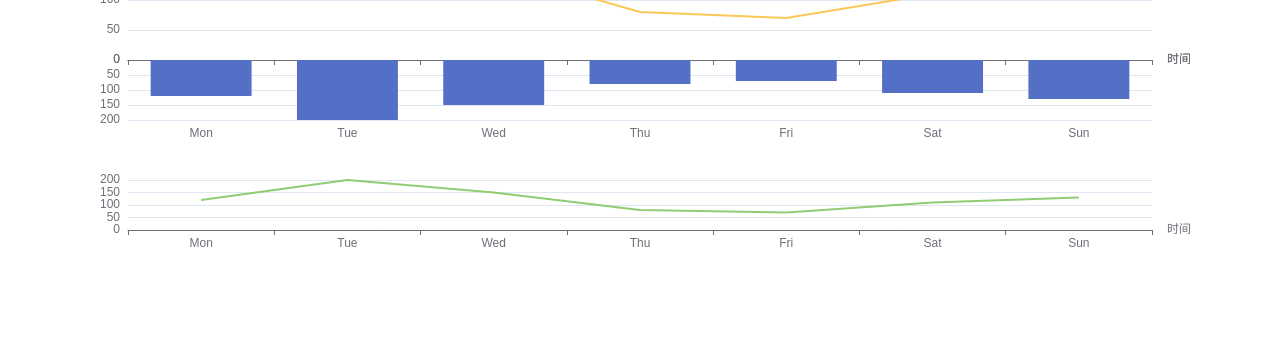
Repository: LeP-Ton/curve
Page: /
An editor plug-in stored every save of this project. The page is shown before and after the next save, followed by the edit.
The browser window is 1280 px wide. The pictures show the whole page.
The project was rebuilt for these pictures with package versions that can differ from the ones it lists, and the page was loaded fresh each time.

Above is the page before, as saved 2022-08-18 20:15:50.

After the next save:
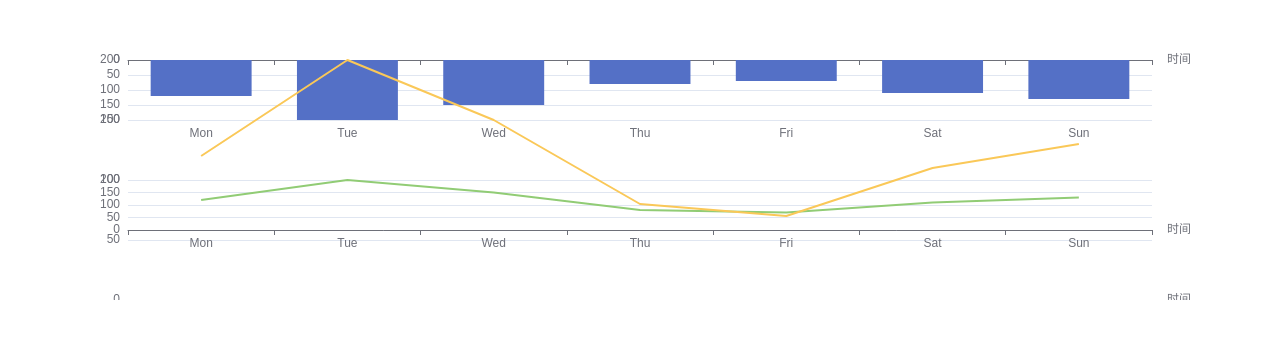
Saved 6 s later.
--- a/src/index.js
+++ b/src/index.js
@@ -53,7 +53,7 @@ const option = {
       top: '60%'
     },
     {
-      bottom: '120%'
+      bottom: '0%'
     }
   ],
   series: [
